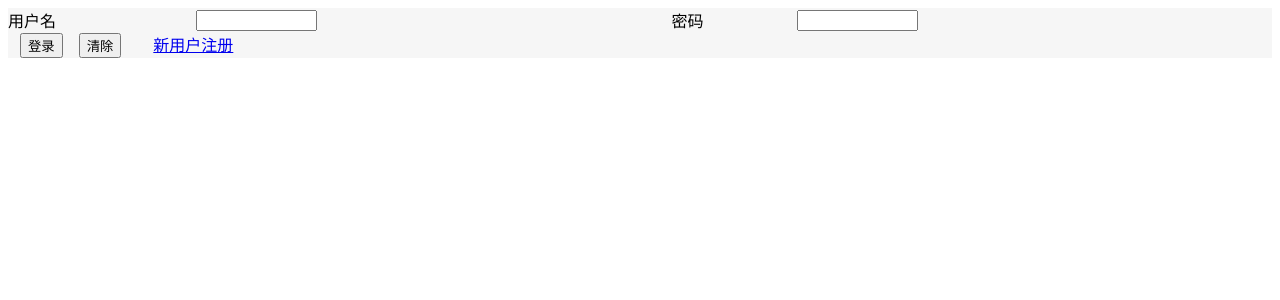
Repository: Jefsky/phonemarket
Page: http://localhost/phonemarket/user/login.jsp
These files come from the project's save history. The page is drawn as it stood at one moment and after the next save; the edit follows.
The browser window is 1280 px wide. The pictures show the whole page.
The page is served by Tomcat 9.

Above is the page before, as saved 2014-06-26 01:57:20.

After the next save:
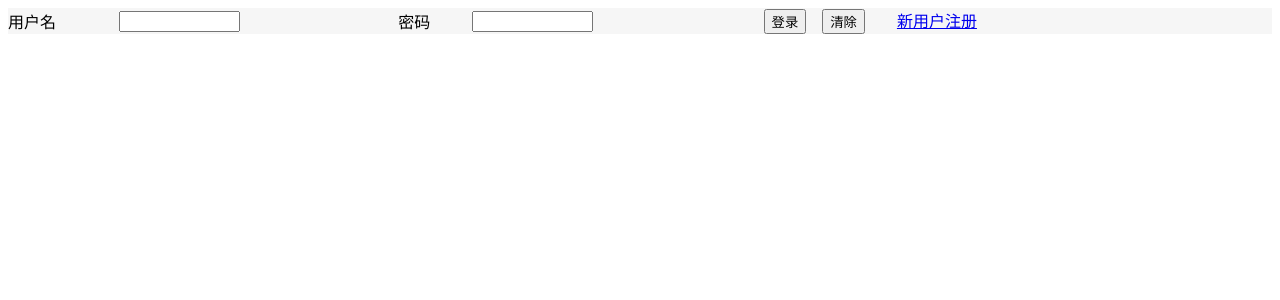
Saved 17 s later.
--- a/phonemarket/phonemarket/WebContent/user/login.jsp
+++ b/phonemarket/phonemarket/WebContent/user/login.jsp
@@ -41,13 +41,14 @@
 			<td><input name="userid" type="text" class="formtext" size="12"></td>
 			<td >密码</td>
 			<td ><input name="password" type="password" class="formtext" size="12"></td>
-		</tr>
-		<tr>
 			<td colspan="4">
 			 &nbsp&nbsp&nbsp<input name="loginbutton" type="submit" value="登录">
 			 &nbsp&nbsp&nbsp<input type="reset" value="清除">
 			 	&nbsp&nbsp&nbsp&nbsp&nbsp&nbsp&nbsp;<a href="register.jsp">新用户注册</a>
 			</td>
+		</tr>
+		<tr>
+
 		</tr>
 	</table>
 </form>
